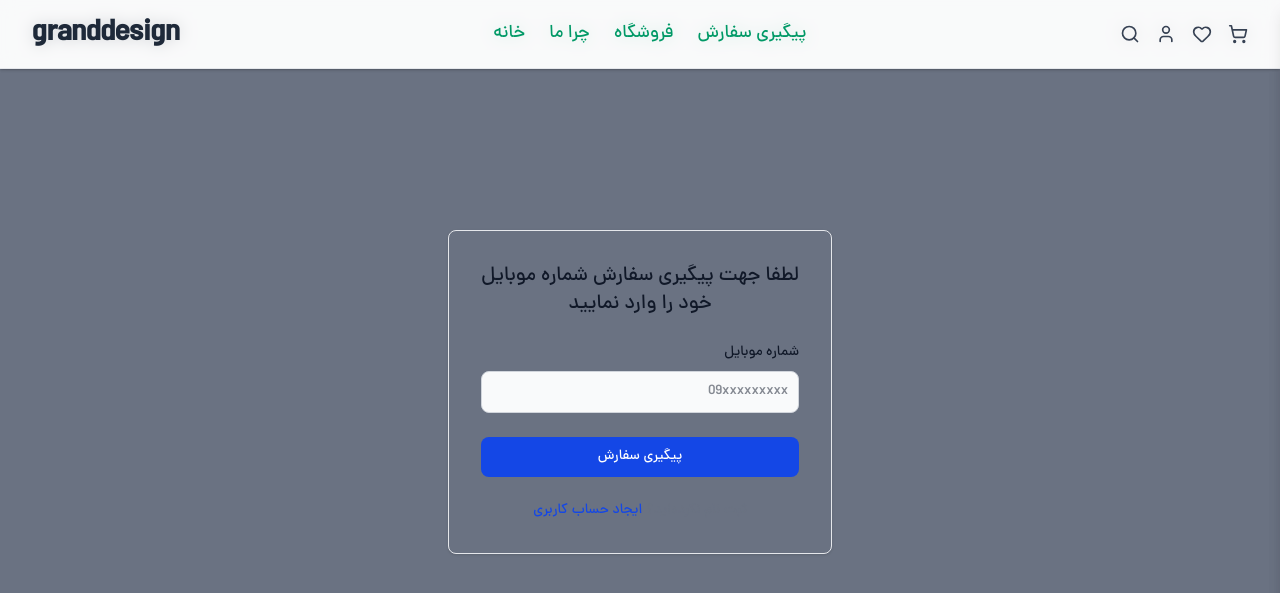
Repository: Aihan-2005/granddesign.frontend
Page: /productTracking
These files come from the project's save history. The page is drawn as it stood at one moment and after the next save; the edit follows.
The browser window is 1280 px wide. The pictures show the whole page.
The project was rebuilt for these pictures with package versions that can differ from the ones it lists, and the page was loaded fresh each time. The framework's server and built-in components were replaced by stand-ins that run in the browser. Also part of the build but not shown: next.config.mjs, src/components/store/modal/Search.jsx, src/zustand/useAuthStore.jsx, src/components/store/modal/Login.jsx, src/components/store/modal/CartModal.jsx, src/components/store/modal/FavoritesModal.jsx.

Above is the page before, as saved 2025-09-16 01:40:31.

After the next save:
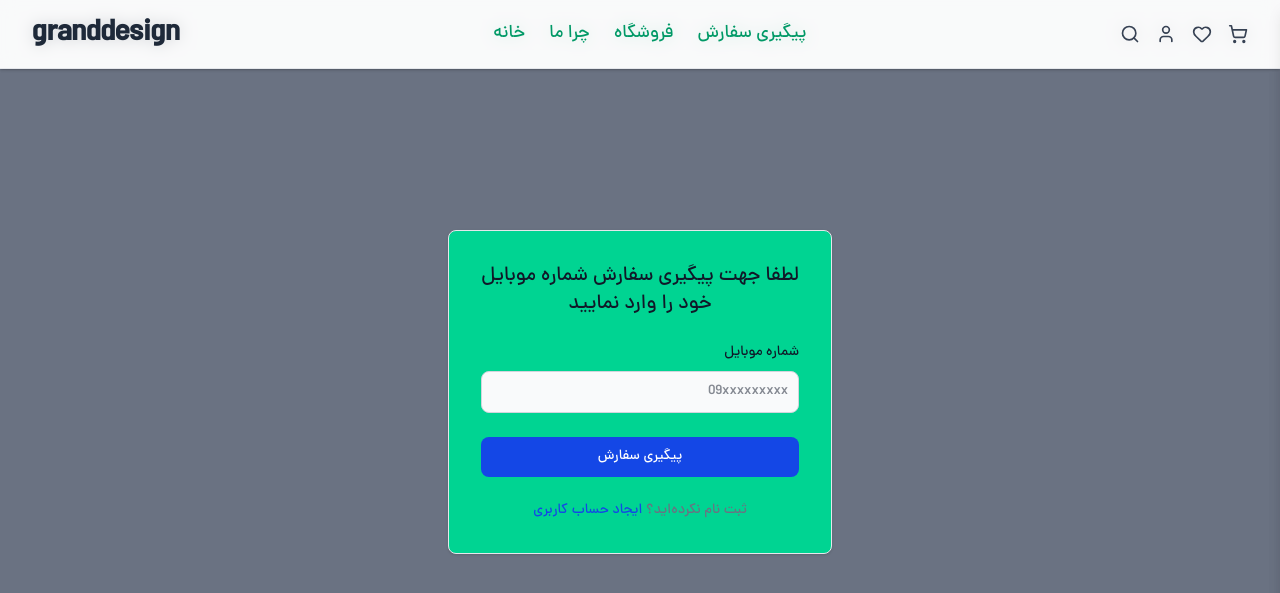
Saved 8 s later.
--- a/src/app/(fullpage)/productTracking/page.jsx
+++ b/src/app/(fullpage)/productTracking/page.jsx
@@ -6,7 +6,7 @@
             <Header />
 
             <div className="flex items-center justify-center min-h-screen pt-16">
-                <div className="w-full max-w-sm p-4 bg- border border-gray-200 rounded-lg shadow-sm sm:p-6 md:p-8 ">
+                <div className="w-full max-w-sm p-4 bg-emerald-400 border border-gray-200 rounded-lg shadow-sm sm:p-6 md:p-8 ">
                     <form className="space-y-6" action="#">
                         <h5 className="text-xl font-medium text-gray-900 dark:text-white text-center">
                             لطفا جهت پیگیری سفارش شماره موبایل خود را وارد نمایید

After the save that followed:
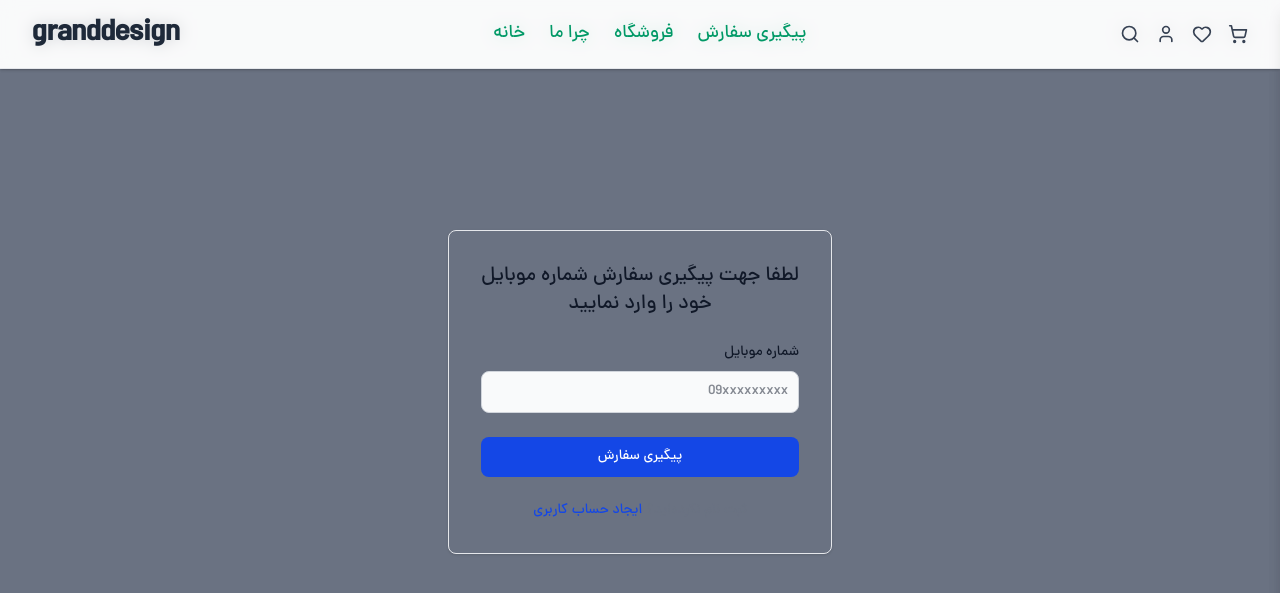
Saved 19 s later.
--- a/src/app/(fullpage)/productTracking/page.jsx
+++ b/src/app/(fullpage)/productTracking/page.jsx
@@ -6,7 +6,7 @@
             <Header />
 
             <div className="flex items-center justify-center min-h-screen pt-16">
-                <div className="w-full max-w-sm p-4 bg-emerald-400 border border-gray-200 rounded-lg shadow-sm sm:p-6 md:p-8 ">
+                <div className="w-full max-w-sm p-4 bg- border border-gray-200 rounded-lg shadow-sm sm:p-6 md:p-8 ">
                     <form className="space-y-6" action="#">
                         <h5 className="text-xl font-medium text-gray-900 dark:text-white text-center">
                             لطفا جهت پیگیری سفارش شماره موبایل خود را وارد نمایید
